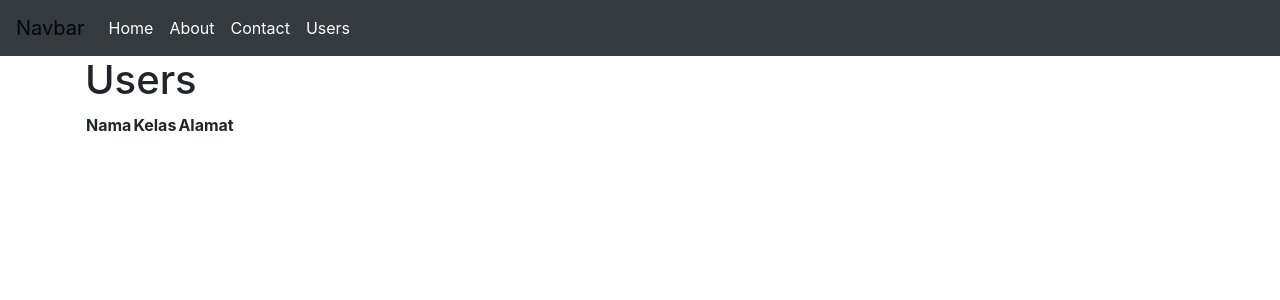
Repository: syawal2kalii/parsinta_clone_model
Page: http://localhost/user
An editor plug-in stored every save of this project. The page is shown before and after the next save, followed by the edit.
The browser window is 1280 px wide. The pictures show the whole page.
The page is served by the project's Laravel application, run on PHP 8.4 with Laravel 8.

Above is the page before, as saved 2019-12-26 20:18:10.

After the next save:
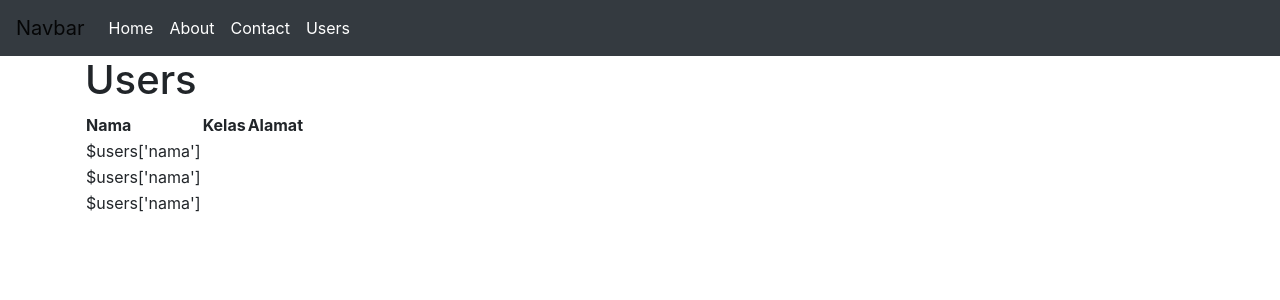
Saved 11 s later.
--- a/resources/views/users.blade.php
+++ b/resources/views/users.blade.php
@@ -14,7 +14,7 @@
             </tr>
         @foreach ($data as $users)
             <tr>
-                <td></td>
+                <td>$users['nama']</td>
                 <td></td>
                 <td></td>
             </tr>
